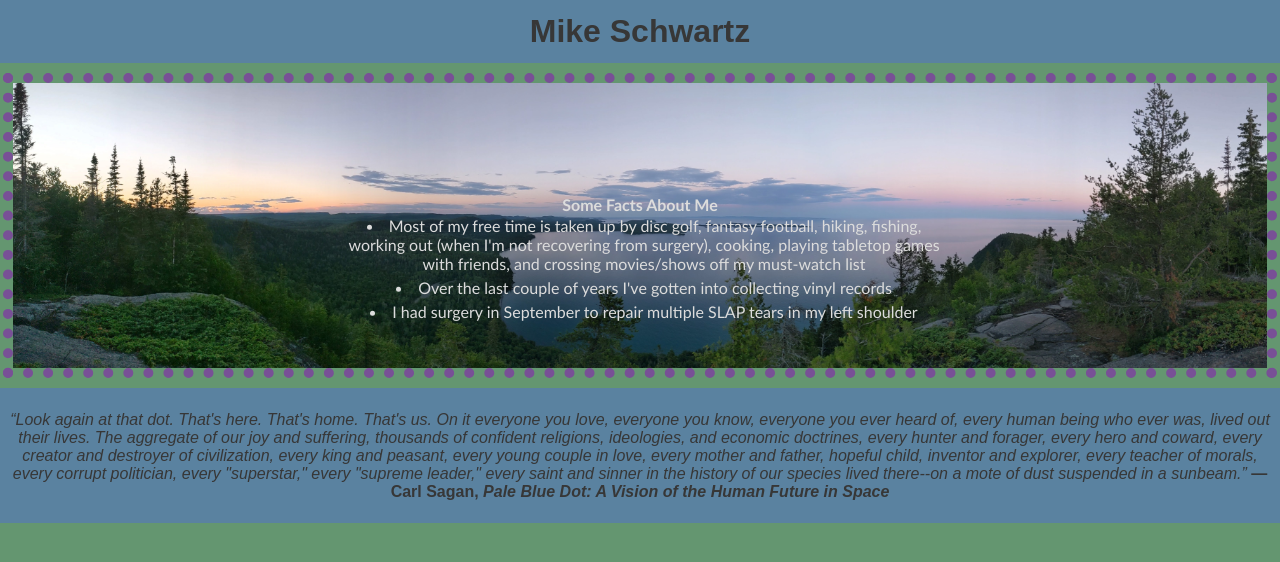
Repository: Ellusionism/prime-pw-week-1-assignment
Page: assignment/index.html
These files come from the project's save history. The page is drawn as it stood at one moment and after the next save; the edit follows.
The browser window is 1280 px wide. The pictures show the whole page.

Above is the page before, as saved 2022-10-26 18:12:07.

After the next save:
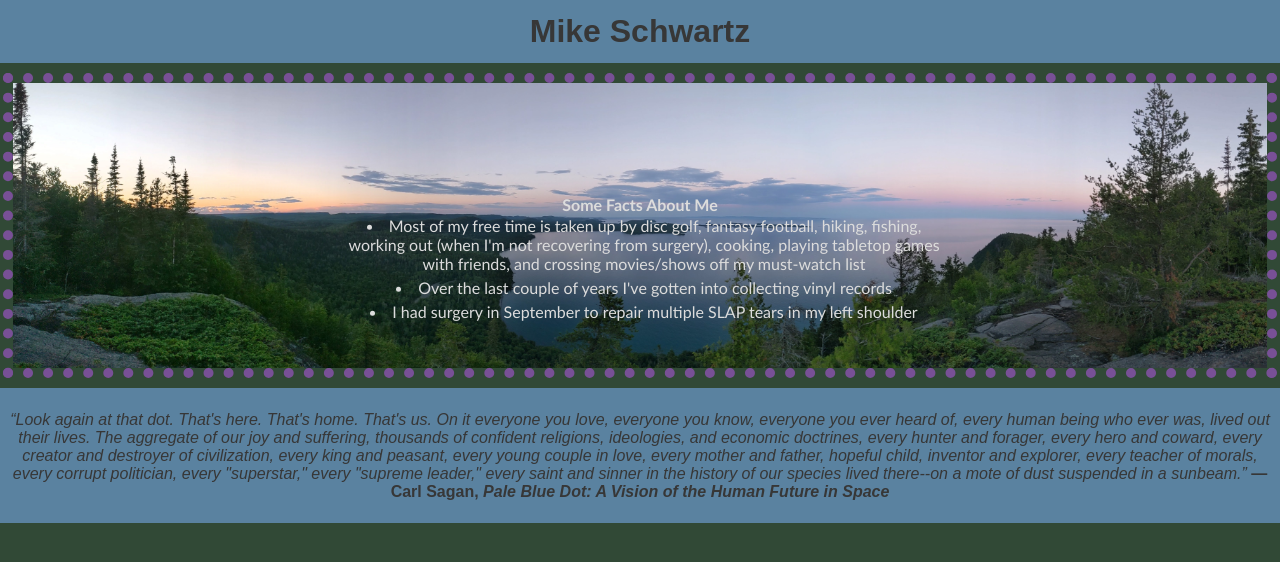
Saved 6 s later.
--- a/assignment/style.css
+++ b/assignment/style.css
@@ -1,6 +1,6 @@
 /* Give your page a fun background color */
 body {
- background-color: rgb(100, 150, 112);
+ background-color: rgb(49, 73, 54);
  margin: 0;
  font-family: Arial, Helvetica, sans-serif;
 }
